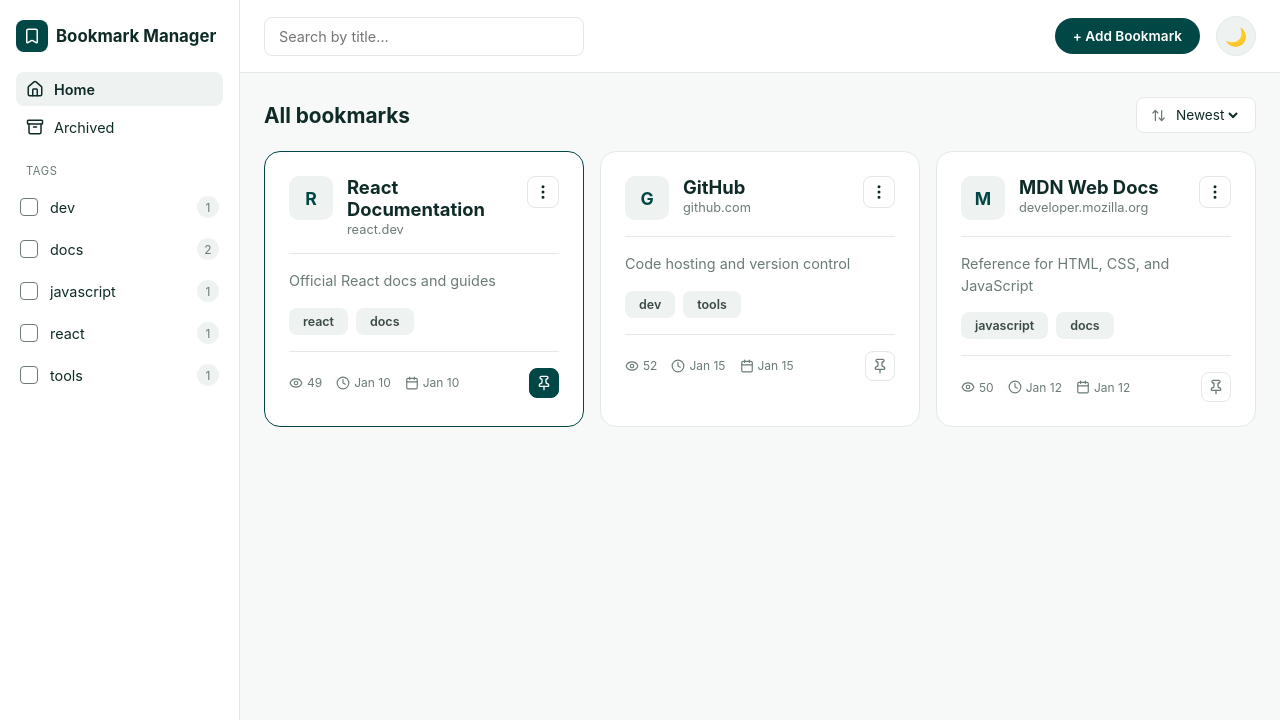
Repository: K0k1M4r/Big-Game-React
Page: /
The author's editor kept a copy of each file at every save. The page is drawn from the files as they stood at one save, then again after the next save.
The browser window is 1280 px wide. The pictures show the whole page.
The project was rebuilt for these pictures with package versions that can differ from the ones it lists, and the page was loaded fresh each time. Also part of the build but not shown: vite.config.js, src/components/Modal.jsx, src/components/BookmarkForm.jsx.

Above is the page before, as saved 2026-09-23 19:53:28.

### index.html
<!doctype html>
<html lang="en">
  <head>
    <meta charset="UTF-8" />
    <link rel="icon" type="image/svg+xml" href="/favicon.svg" />
    <meta name="viewport" content="width=device-width, initial-scale=1.0" />
    <title>bookmark-manager</title>
  </head>
  <body>
    <div id="root"></div>
    <script type="module" src="/src/main.jsx"></script>
  </body>
</html>

### src/App.jsx
import { useState, useEffect } from "react";
import Header from "./components/Layout/Header";
import Sidebar from "./components/Layout/Sidebar";
import SortSelect from "./components/SortSelect";
import BookmarkList from "./components/BookmarkList";
import Modal from "./components/Modal";
import BookmarkForm from "./components/BookmarkForm";

function App() {
  const [bookmarks, setBookmarks] = useState([]);
  const [isLoading, setIsLoading] = useState(true);
  const [isModalOpen, setIsModalOpen] = useState(false);
  const [editingBookmark, setEditingBookmark] = useState(null);
  const [currentView, setCurrentView] = useState("all");
  const [searchTerm, setSearchTerm] = useState("");
  const [selectedTag, setSelectedTag] = useState("All");
  const [sortOption, setSortOption] = useState("newest");
  const [isSidebarOpen, setIsSidebarOpen] = useState(false);
  const [theme, setTheme] = useState(
    () => localStorage.getItem("theme") || "light"
  );

  useEffect(() => {
    const stored = localStorage.getItem("bookmarks");

    if (stored) {
      setTimeout(() => {
        setBookmarks(JSON.parse(stored));
        setIsLoading(false);
      }, 800);
    } else {
      fetch("/data/bookmarks.json")
        .then((res) => res.json())
        .then((data) => {
          setTimeout(() => {
            setBookmarks(data);
            setIsLoading(false);
          }, 800);
        })
        .catch((err) => {
          console.error("Failed to load bookmarks:", err);
          setIsLoading(false);
        });
    }
  }, []);

  useEffect(() => {
    if (!isLoading) {
      localStorage.setItem("bookmarks", JSON.stringify(bookmarks));
    }
  }, [bookmarks, isLoading]);

  useEffect(() => {
    localStorage.setItem("theme", theme);
    document.documentElement.setAttribute("data-theme", theme);
  }, [theme]);

  function toggleTheme() {
    setTheme((prev) => (prev === "light" ? "dark" : "light"));
  }

  function handleAddBookmark(newBookmark) {
    setBookmarks((prev) => [...prev, newBookmark]);
    closeModal();
  }

  function handleUpdateBookmark(updatedBookmark) {
    setBookmarks((prev) =>
      prev.map((b) => (b.id === updatedBookmark.id ? updatedBookmark : b))
    );
    closeModal();
  }

  function handleDeleteBookmark(id) {
    const confirmed = window.confirm("Delete this bookmark?");
    if (!confirmed) return;
    setBookmarks((prev) => prev.filter((b) => b.id !== id));
  }

  function handleTogglePin(id) {
    setBookmarks((prev) =>
      prev.map((b) => (b.id === id ? { ...b, pinned: !b.pinned } : b))
    );
  }

  function handleToggleArchive(id) {
    setBookmarks((prev) =>
      prev.map((b) => (b.id === id ? { ...b, archived: !b.archived } : b))
    );
  }

  function openAddModal() {
    setEditingBookmark(null);
    setIsModalOpen(true);
  }

  function openEditModal(bookmark) {
    setEditingBookmark(bookmark);
    setIsModalOpen(true);
  }

  function closeModal() {
    setIsModalOpen(false);
    setEditingBookmark(null);
  }

  function handleChangeView(view) {
    setCurrentView(view);
    setIsSidebarOpen(false);
  }

  function handleSelectTag(tag) {
    setSelectedTag(tag);
    setIsSidebarOpen(false);
  }

  const viewFiltered = bookmarks.filter((b) =>
    currentView === "archived" ? b.archived : !b.archived
  );

  const searchFiltered = viewFiltered.filter((b) => {
    const term = searchTerm.trim().toLowerCase();
    if (!term) return true;
    return (
      b.title.toLowerCase().includes(term) ||
      b.description.toLowerCase().includes(term)
    );
  });

  const tagFiltered = searchFiltered.filter((b) =>
    selectedTag === "All" ? true : b.tags.includes(selectedTag)
  );

  const sorted = [...tagFiltered].sort((a, b) => {
    if (a.pinned !== b.pinned) return a.pinned ? -1 : 1;

    switch (sortOption) {
      case "newest":
        return new Date(b.createdAt) - new Date(a.createdAt);
      case "oldest":
        return new Date(a.createdAt) - new Date(b.createdAt);
      case "az":
        return a.title.localeCompare(b.title);
      case "za":
        return b.title.localeCompare(a.title);
      default:
        return 0;
    }
  });

  const tagCounts = {};
  viewFiltered.forEach((b) => {
    b.tags.forEach((tag) => {
      tagCounts[tag] = (tagCounts[tag] || 0) + 1;
    });
  });
  const tagsWithCounts = Object.keys(tagCounts)
    .sort()
    .map((name) => ({ name, count: tagCounts[name] }));

  const visibleBookmarks = sorted;

  return (
    <div className="app">
      <div className="app-body">
        <Sidebar
          currentView={currentView}
          onChangeView={handleChangeView}
          tags={tagsWithCounts}
          selectedTag={selectedTag}
          onSelectTag={handleSelectTag}
          isOpen={isSidebarOpen}
        />

        <div className="main-column">
          <Header
            theme={theme}
            onToggleTheme={toggleTheme}
            searchTerm={searchTerm}
            onSearchChange={setSearchTerm}
            onAddClick={openAddModal}
            onMenuClick={() => setIsSidebarOpen((prev) => !prev)}
          />

          <main className="app-main">
            <div className="content-header">
              <h2>{currentView === "archived" ? "Archived" : "All bookmarks"}</h2>
              <SortSelect sortOption={sortOption} onSortChange={setSortOption} />
            </div>

            {isLoading ? (
              <p>Loading bookmarks...</p>
            ) : (
              <BookmarkList
                bookmarks={visibleBookmarks}
                onEdit={openEditModal}
                onDelete={handleDeleteBookmark}
                onTogglePin={handleTogglePin}
                onToggleArchive={handleToggleArchive}
                currentView={currentView}
                searchTerm={searchTerm}
              />
            )}
          </main>
        </div>
      </div>

      {isModalOpen && (
        <Modal onClose={closeModal}>
          <BookmarkForm
            key={editingBookmark ? editingBookmark.id : "new"}
            initialData={editingBookmark}
            onSave={editingBookmark ? handleUpdateBookmark : handleAddBookmark}
          />
        </Modal>
      )}
    </div>
  );
}

export default App;

### src/components/Layout/Header.jsx
import SearchBar from "../SearchBar";

function Header({ theme, onToggleTheme, searchTerm, onSearchChange, onAddClick, onMenuClick }) {
  return (
    <header className="app-header">
      <button className="menu-btn" onClick={onMenuClick} aria-label="Toggle menu">
        ☰
      </button>

      <SearchBar searchTerm={searchTerm} onSearchChange={onSearchChange} />

      <button className="add-bookmark-btn" onClick={onAddClick}>
        <span className="add-bookmark-text">+ Add Bookmark</span>
        <span className="add-bookmark-icon">+</span>
      </button>

      <button
        className="theme-avatar-btn"
        onClick={onToggleTheme}
        title="Toggle theme"
      >
        {theme === "light" ? "🌙" : "☀️"}
      </button>
    </header>
  );
}

export default Header;

### src/components/Layout/Sidebar.jsx
import { Bookmark, Home, Archive } from "lucide-react";

function Sidebar({ currentView, onChangeView, tags = [], selectedTag, onSelectTag, isOpen }) {
  return (
    <nav className={`sidebar ${isOpen ? "sidebar-open" : ""}`}>
      <div className="sidebar-logo">
        <span className="logo-icon">
          <Bookmark size={18} />
        </span>
        Bookmark Manager
      </div>

      <button
        className={currentView === "all" ? "active" : ""}
        onClick={() => onChangeView("all")}
      >
        <Home size={18} /> Home
      </button>
      <button
        className={currentView === "archived" ? "active" : ""}
        onClick={() => onChangeView("archived")}
      >
        <Archive size={18} /> Archived
      </button>

      <p className="sidebar-tags-label">Tags</p>

      <div className="sidebar-tags">
        {tags.map(({ name, count }) => (
          <label key={name} className="sidebar-tag">
            <input
              type="checkbox"
              checked={selectedTag === name}
              onChange={() =>
                onSelectTag(selectedTag === name ? "All" : name)
              }
            />
            <span className="tag-name">{name}</span>
            <span className="tag-count">{count}</span>
          </label>
        ))}
      </div>
    </nav>
  );
}

export default Sidebar;

### src/components/SortSelect.jsx
import { ArrowUpDown } from "lucide-react";

function SortSelect({ sortOption, onSortChange }) {
  return (
    <div className="sort-wrapper">
      <ArrowUpDown size={15} />
      <select
        className="sort-select"
        value={sortOption}
        onChange={(e) => onSortChange(e.target.value)}
      >
        <option value="" disabled hidden>
          Sort by
        </option>
        <option value="newest">Newest</option>
        <option value="oldest">Oldest</option>
        <option value="az">A-Z</option>
        <option value="za">Z-A</option>
      </select>
    </div>
  );
}

export default SortSelect;

### src/components/BookmarkList.jsx
import BookmarkCard from "./BookmarkCard";

function BookmarkList({ bookmarks, onEdit, onDelete, onTogglePin, onToggleArchive, currentView, searchTerm }) {
  if (bookmarks.length === 0) {
    let message = "No bookmarks yet. Add one to get started!";

    if (searchTerm.trim()) {
      message = `No bookmarks match "${searchTerm}".`;
    } else if (currentView === "archived") {
      message = "No archived bookmarks.";
    }

    return <p className="empty-state">{message}</p>;
  }

  return (
    <div className="bookmark-list">
      {bookmarks.map((bookmark) => (
        <BookmarkCard
          key={bookmark.id}
          bookmark={bookmark}
          onEdit={onEdit}
          onDelete={onDelete}
          onTogglePin={onTogglePin}
          onToggleArchive={onToggleArchive}
        />
      ))}
    </div>
  );
}

export default BookmarkList;

### src/components/SearchBar.jsx
function SearchBar({ searchTerm, onSearchChange }) {
  return (
    <input
      type="text"
      placeholder="Search by title..."
      className="search-bar"
      value={searchTerm}
      onChange={(e) => onSearchChange(e.target.value)}
    />
  );
}

export default SearchBar;

### src/components/BookmarkCard.jsx
import { useState, useRef, useEffect } from "react";
import { MoreVertical, Eye, Calendar, Clock, Pin } from "lucide-react";
import TagList from "./TagList";

function getInitial(title) {
  return title.charAt(0).toUpperCase();
}

function formatDate(dateString) {
  const date = new Date(dateString);
  return date.toLocaleDateString("en-US", { day: "numeric", month: "short" });
}

// Not a real analytics number — this app doesn't track views.
// Derived deterministically from the bookmark id so it stays stable
// across renders instead of changing randomly.
function pseudoViewCount(id) {
  let hash = 0;
  for (let i = 0; i < id.length; i++) {
    hash = (hash * 31 + id.charCodeAt(i)) % 1000;
  }
  return Math.abs(hash);
}

function BookmarkCard({ bookmark, onEdit, onDelete, onTogglePin, onToggleArchive }) {
  const [menuOpen, setMenuOpen] = useState(false);
  const menuRef = useRef(null);

  useEffect(() => {
    function handleClickOutside(e) {
      if (menuRef.current && !menuRef.current.contains(e.target)) {
        setMenuOpen(false);
      }
    }
    document.addEventListener("mousedown", handleClickOutside);
    return () => document.removeEventListener("mousedown", handleClickOutside);
  }, []);

  let domain = "";
  try {
    domain = new URL(bookmark.url).hostname.replace("www.", "");
  } catch {
    domain = bookmark.url;
  }

  return (
    <div className={`bookmark-card ${bookmark.pinned ? "pinned" : ""}`}>
      <div className="bookmark-card-header">
        <div className="bookmark-favicon">{getInitial(bookmark.title)}</div>
        <div className="bookmark-title-group">
          <h3>{bookmark.title}</h3>
          <p className="bookmark-domain">{domain}</p>
        </div>

        <div className="card-menu" ref={menuRef}>
          <button
            className="card-menu-btn"
            onClick={() => setMenuOpen((prev) => !prev)}
            aria-label="More actions"
          >
            <MoreVertical size={18} />
          </button>

          {menuOpen && (
            <div className="card-menu-dropdown">
              <button
                onClick={() => {
                  onEdit(bookmark);
                  setMenuOpen(false);
                }}
              >
                Edit
              </button>
              <button
                onClick={() => {
                  onToggleArchive(bookmark.id);
                  setMenuOpen(false);
                }}
              >
                {bookmark.archived ? "Restore" : "Archive"}
              </button>
              <button
                className="menu-delete"
                onClick={() => {
                  onDelete(bookmark.id);
                  setMenuOpen(false);
                }}
              >
                Delete
              </button>
            </div>
          )}
        </div>
      </div>

      <div className="bookmark-divider" />

      <p className="description">{bookmark.description}</p>

      <TagList tags={bookmark.tags} />

      <div className="bookmark-divider" />

      <div className="bookmark-meta">
        <span className="meta-item">
          <Eye size={14} /> {pseudoViewCount(bookmark.id)}
        </span>
        <span className="meta-item">
          <Clock size={14} /> {formatDate(bookmark.createdAt)}
        </span>
        <span className="meta-item">
          <Calendar size={14} /> {formatDate(bookmark.createdAt)}
        </span>

        <button
          className={`pin-icon-btn ${bookmark.pinned ? "active" : ""}`}
          onClick={() => onTogglePin(bookmark.id)}
          aria-label={bookmark.pinned ? "Unpin" : "Pin"}
        >
          <Pin size={16} />
        </button>
      </div>
    </div>
  );
}

export default BookmarkCard;

### src/components/TagList.jsx
function TagList({ tags }) {
  return (
    <ul className="tag-list">
      {tags.map((tag) => (
        <li key={tag} className="tag">{tag}</li>
      ))}
    </ul>
  );
}

export default TagList

Loaded but not shown: src/main.jsx (common file); public/data/bookmarks.json (46 lines, source omitted); src/index.css (685 lines, source omitted)

After the next save:
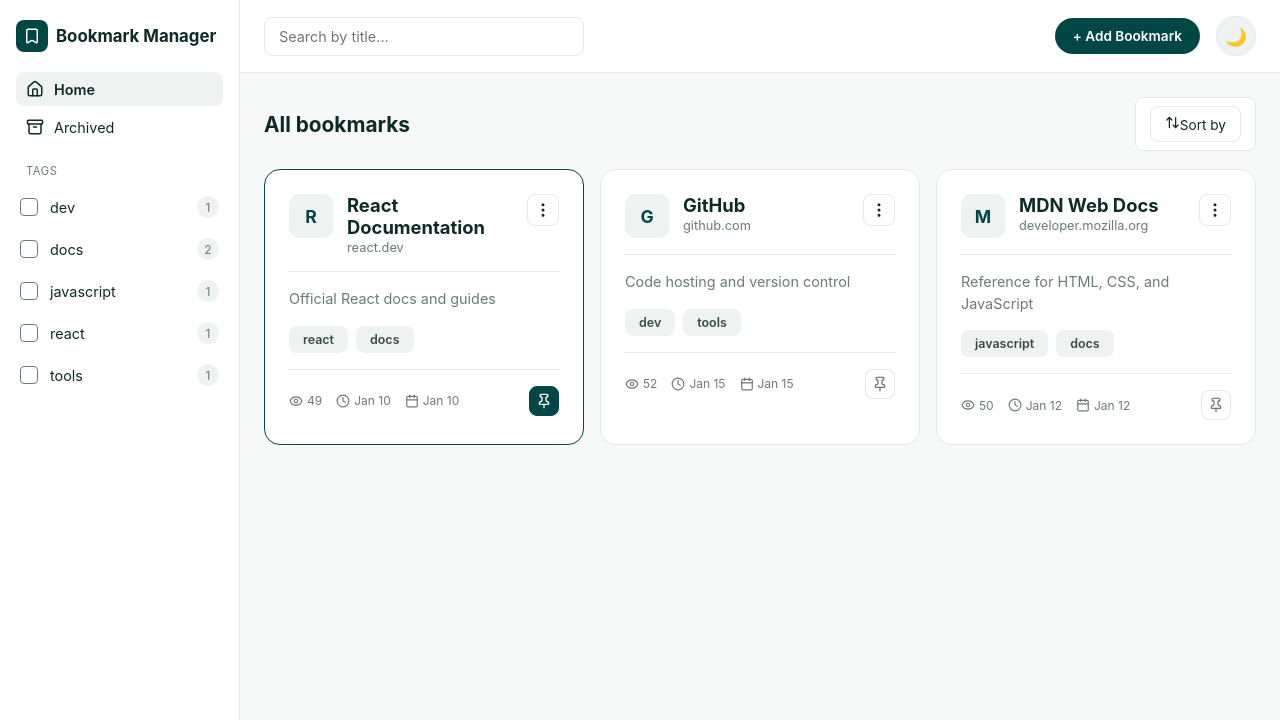
Saved 7 min 30 s later.
--- a/src/components/SortSelect.jsx
+++ b/src/components/SortSelect.jsx
@@ -1,22 +1,55 @@
+import { useState, useRef, useEffect } from "react";
 import { ArrowUpDown } from "lucide-react";
 
+const OPTIONS = [
+  { value: "newest", label: "Newest" },
+  { value: "oldest", label: "Oldest" },
+  { value: "az", label: "A-Z" },
+  { value: "za", label: "Z-A" },
+];
+
 function SortSelect({ sortOption, onSortChange }) {
+  const [open, setOpen] = useState(false);
+  const wrapperRef = useRef(null);
+
+  useEffect(() => {
+    function handleClickOutside(e) {
+      if (wrapperRef.current && !wrapperRef.current.contains(e.target)) {
+        setOpen(false);
+      }
+    }
+    document.addEventListener("mousedown", handleClickOutside);
+    return () => document.removeEventListener("mousedown", handleClickOutside);
+  }, []);
+
   return (
-    <div className="sort-wrapper">
-      <ArrowUpDown size={15} />
-      <select
-        className="sort-select"
-        value={sortOption}
-        onChange={(e) => onSortChange(e.target.value)}
+    <div className="sort-wrapper" ref={wrapperRef}>
+      <button
+        type="button"
+        className="sort-trigger"
+        onClick={() => setOpen((prev) => !prev)}
       >
-        <option value="" disabled hidden>
-          Sort by
-        </option>
-        <option value="newest">Newest</option>
-        <option value="oldest">Oldest</option>
-        <option value="az">A-Z</option>
-        <option value="za">Z-A</option>
-      </select>
+        <ArrowUpDown size={15} />
+        Sort by
+      </button>
+
+      {open && (
+        <div className="sort-dropdown">
+          {OPTIONS.map((opt) => (
+            <button
+              key={opt.value}
+              type="button"
+              className={opt.value === sortOption ? "active" : ""}
+              onClick={() => {
+                onSortChange(opt.value);
+                setOpen(false);
+              }}
+            >
+              {opt.label}
+            </button>
+          ))}
+        </div>
+      )}
     </div>
   );
 }
